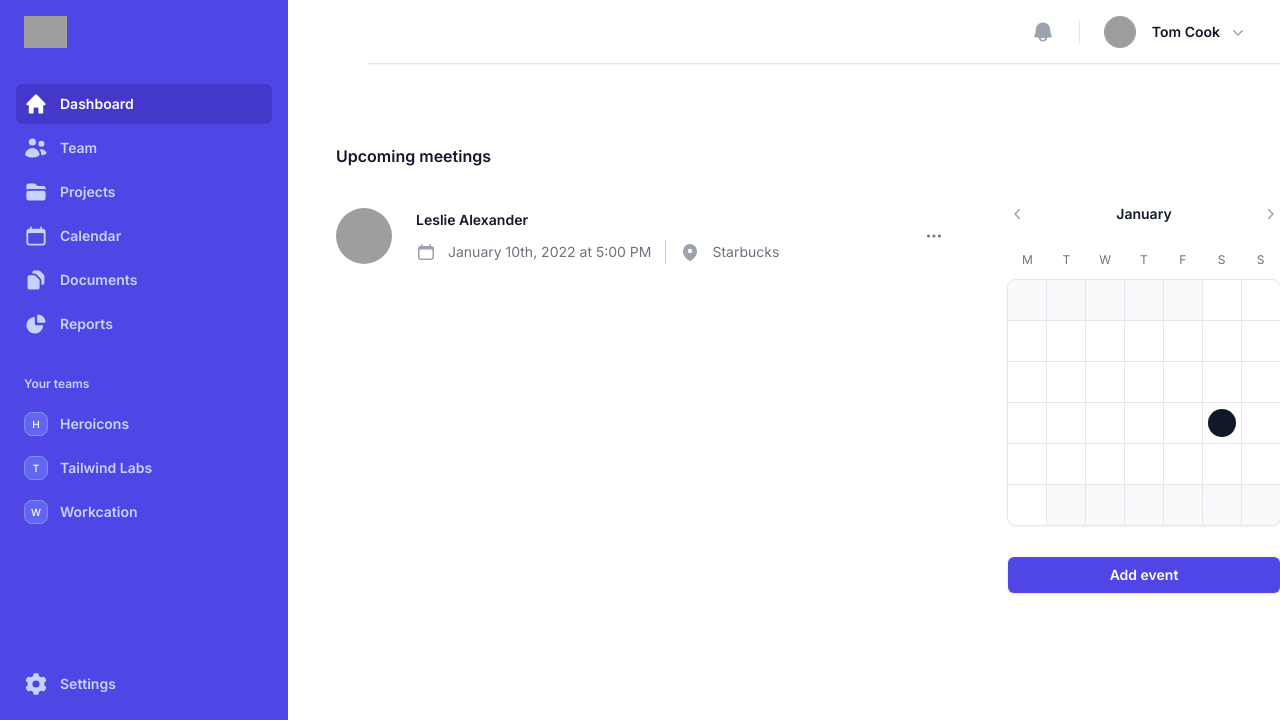
Repository: uh-sman/digital-x
Page: /
An editor plug-in stored every save of this project. The page is shown before and after the next save, followed by the edit.
The browser window is 1280 px wide. The pictures show the whole page.
Pictures or frames that could not be fetched are drawn as grey boxes. The project was rebuilt for these pictures with package versions that can differ from the ones it lists, and the page was loaded fresh each time. The framework's server and built-in components were replaced by stand-ins that run in the browser. Also part of the build but not shown: next.config.mjs.

Above is the page before, as saved 2024-04-02 10:55:15.

After the next save:
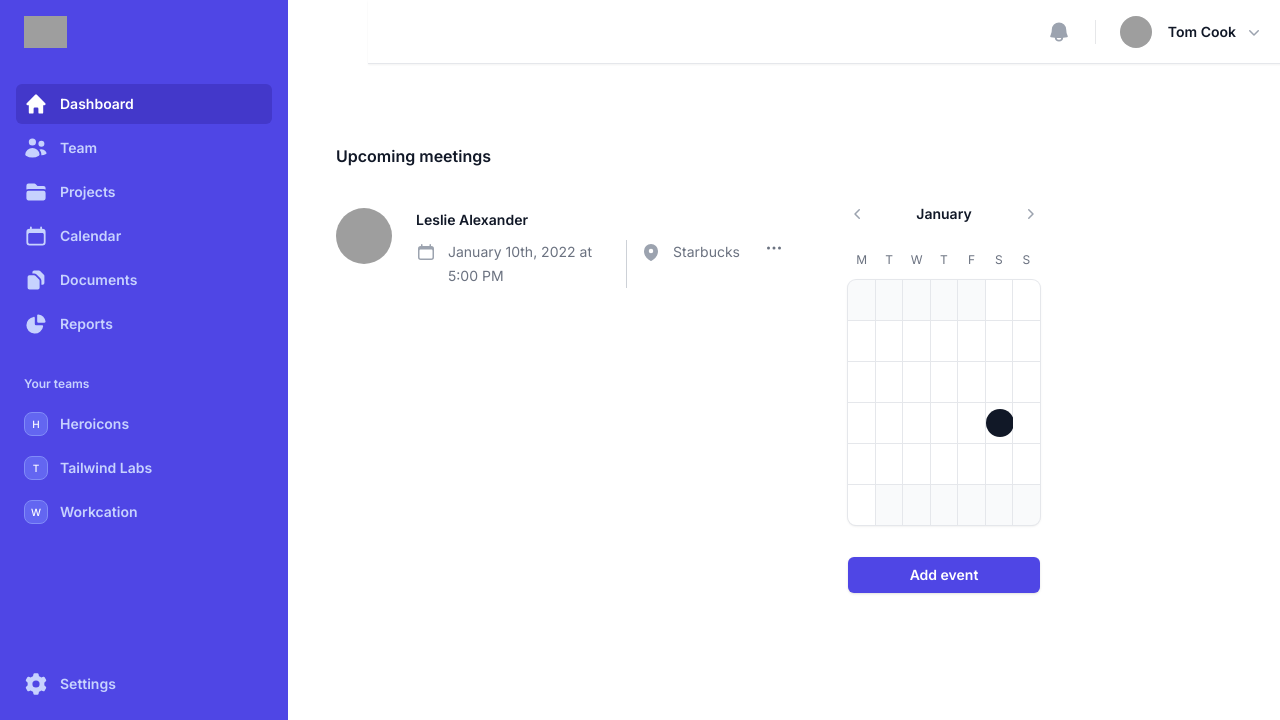
Saved 13 s later.
--- a/app/(routes)/page.tsx
+++ b/app/(routes)/page.tsx
@@ -76,7 +76,7 @@ function classNames(...classes: any) {
 
 const Home = () => {
   return (
-    <div className="ml-64">
+    <div className="mx-64">
       <h2 className="text-base font-semibold leading-6 text-gray-900">
         Upcoming meetings
       </h2>
